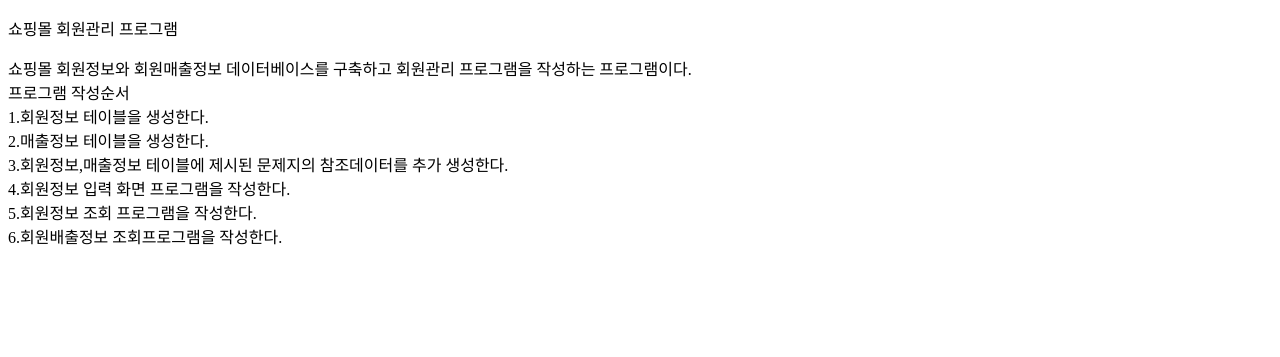
Repository: choiyuhee0722/two-crud
Page: http://localhost/HRD_000_1/
These files come from the project's save history. The page is drawn as it stood at one moment and after the next save; the edit follows.
The browser window is 1280 px wide. The pictures show the whole page.
The page is served by Tomcat 9. Other server files are loaded and not shown.

Above is the page before, as saved 2024-03-27 23:32:55.

### HRD_000_1/src/main/webapp/index.jsp
<%@ page language="java" contentType="text/html; charset=UTF-8"
    pageEncoding="UTF-8"%>

<jsp:include page="master/header.jsp"/>
<section>
<div class="container">
		<p class="title">쇼핑몰 회원관리 프로그램</p>
		<p>쇼핑몰 회원정보와 회원매출정보 데이터베이스를 구축하고 회원관리 프로그램을 작성하는 프로그램이다.<br>
		프로그램 작성순서<br>
		1.회원정보 테이블을 생성한다.<br>
		2.매출정보 테이블을 생성한다.<br>
		3.회원정보,매출정보 테이블에 제시된 문제지의 참조데이터를 추가 생성한다.<br>
		4.회원정보 입력 화면 프로그램을 작성한다.<br>
		5.회원정보 조회 프로그램을 작성한다.<br>
		6.회원배출정보 조회프로그램을 작성한다.<br>
		</p>
</div>
</section>
<jsp:include page="master/footer.jsp"/>

### HRD_000_1/src/main/webapp/master/header.jsp
<%@ page language="java" contentType="text/html; charset=UTF-8"
    pageEncoding="UTF-8"%>
<!DOCTYPE html>
<html>
<head>
	<meta charset="UTF-8">
	<title>쇼핑몰 회원관리</title>
	<link rel="stylesheet" href="/css/style.css?after">
</head>
<body>

</body>
</html>

Loaded but not shown: HRD_000_1/src/main/webapp/master/footer.jsp (common file); HRD_000_1/src/main/webapp/css/style.css (no copy from this time; the picture is the same without it)

After the next save:
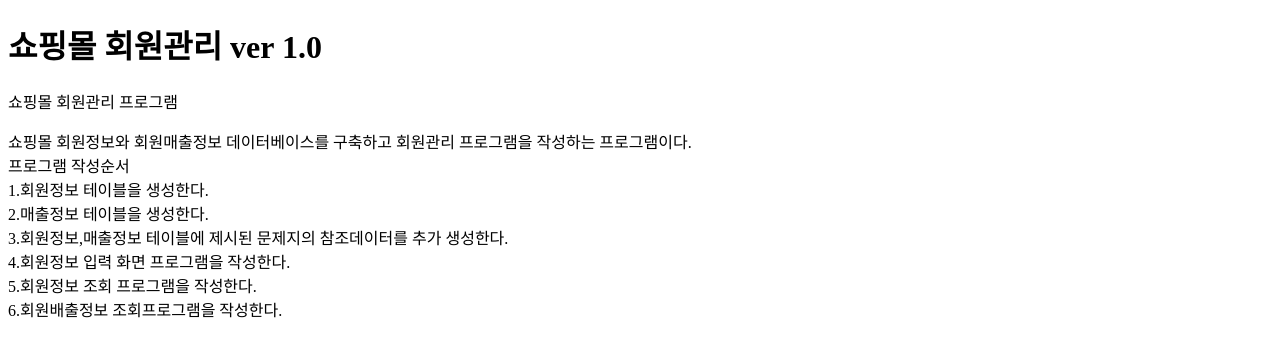
Saved 26 s later.
--- a/HRD_000_1/src/main/webapp/master/header.jsp
+++ b/HRD_000_1/src/main/webapp/master/header.jsp
@@ -8,6 +8,8 @@
 	<link rel="stylesheet" href="/css/style.css?after">
 </head>
 <body>
-
+	<header>
+		<h1>쇼핑몰 회원관리 ver 1.0</h1>
+	</header>
 </body>
 </html>
